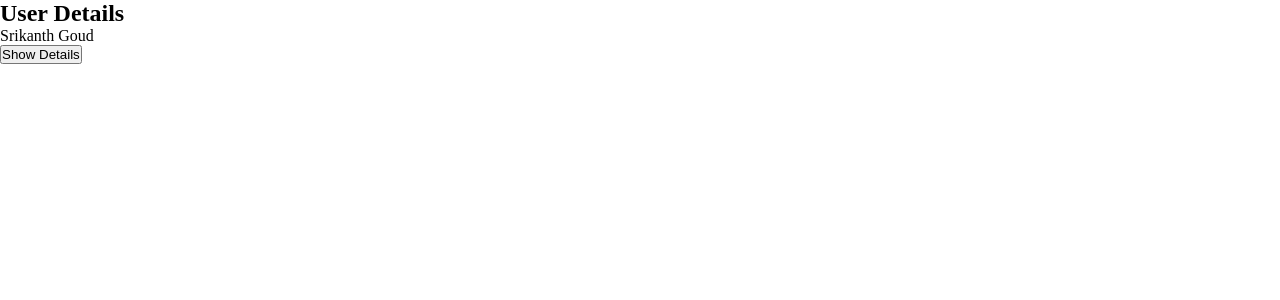
Repository: suraj-yadav7/userprofile
Page: /
These files come from the project's save history. The page is drawn as it stood at one moment and after a run of saves; the edit follows.
The browser window is 1280 px wide. The pictures show the whole page.
The project was rebuilt for these pictures with package versions that can differ from the ones it lists, and the page was loaded fresh each time. Also part of the build but not shown: src/components/UserDetails.jsx.

Above is the page before, as saved 2023-05-03 11:55:44.

After the next 5 saves:
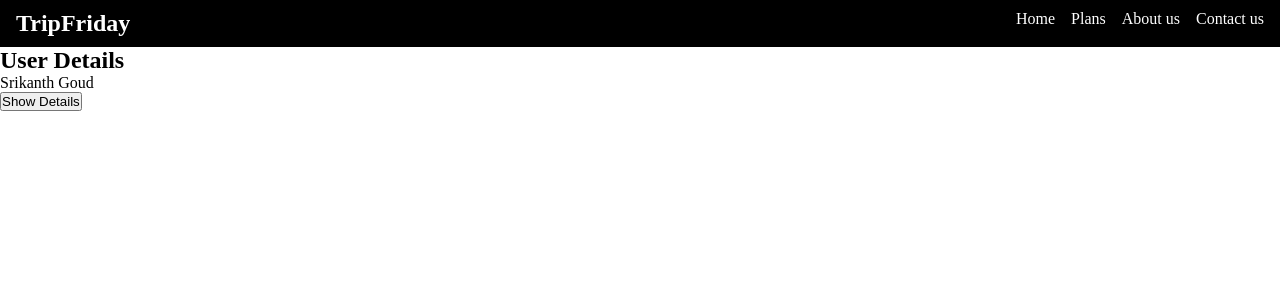
The 5 saves are shown as one change because 4 did not build or start.
The last was saved 2 min 18 s later.
--- a/src/App.js
+++ b/src/App.js
@@ -1,6 +1,7 @@
 import './App.scss';
 import UserProfile from './components/UserProfile';
 import UserDetails from './components/UserDetails';
+import Header from './components/Header';
 import { BrowserRouter as Router, Routes, Route } from 'react-router-dom';
 
 
@@ -8,6 +9,7 @@
   return (
     <>
     <Router>
+      <Header/>
       <Routes>
         <Route exact path='/' element={<UserProfile/>} />
         <Route exact path='/userdetails' element={<UserDetails/> } />
--- a/src/components/Header.jsx
+++ b/src/components/Header.jsx
@@ -1,4 +1,9 @@
-<nav>
+import React from 'react'
+
+const Header = () => {
+  return (
+  <>
+  <nav>
 <h1>TripFriday</h1>
 <div>
     <ul>
@@ -9,3 +14,8 @@
     </ul>
 </div>
 </nav>
+  </>
+  )
+}
+
+export default Header

After the save that followed:
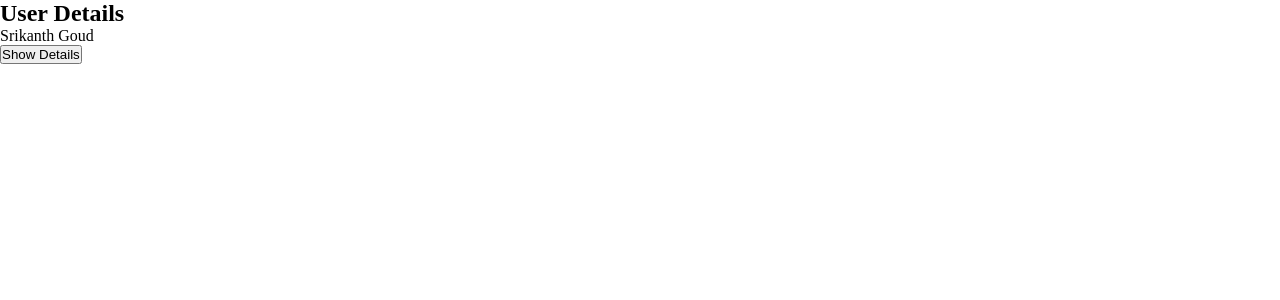
Saved 23 s later.
--- a/src/App.js
+++ b/src/App.js
@@ -1,7 +1,7 @@
 import './App.scss';
 import UserProfile from './components/UserProfile';
 import UserDetails from './components/UserDetails';
-import Header from './components/Header';
+
 import { BrowserRouter as Router, Routes, Route } from 'react-router-dom';
 
 
@@ -9,7 +9,6 @@
   return (
     <>
     <Router>
-      <Header/>
       <Routes>
         <Route exact path='/' element={<UserProfile/>} />
         <Route exact path='/userdetails' element={<UserDetails/> } />
